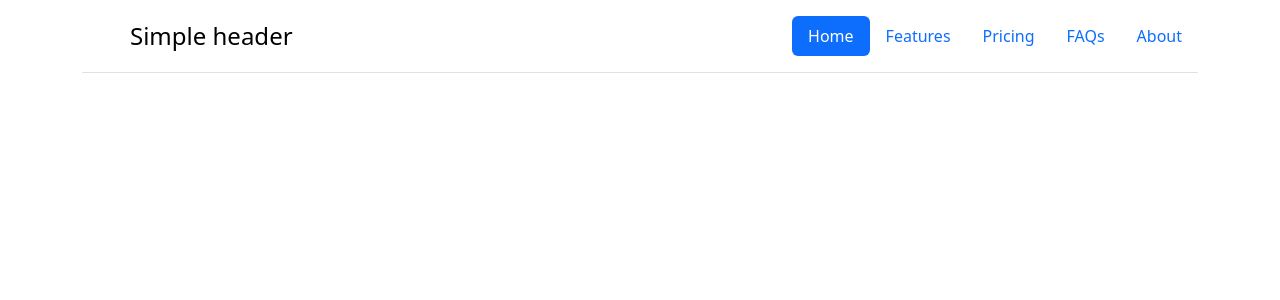
Repository: 2JISUN/hta-lecture-basic
Page: http://localhost/jsp04/index/index.jsp
These files come from the project's save history. The page is drawn as it stood at one moment and after the next save; the edit follows.
The browser window is 1280 px wide. The pictures show the whole page.
The page is served by Tomcat 10.

Above is the page before, as saved 2023-09-19 00:16:37.

After the next save:
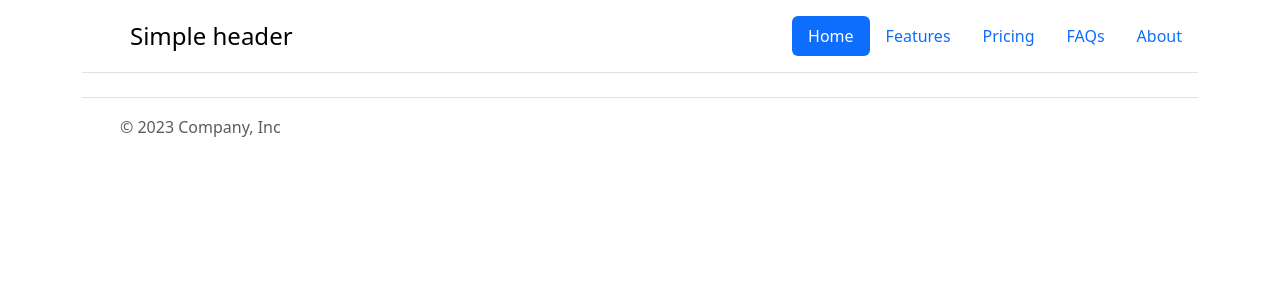
Saved 3 min 13 s later.
--- a/jsp-lecture/jsp04/src/main/webapp/index/index.jsp
+++ b/jsp-lecture/jsp04/src/main/webapp/index/index.jsp
@@ -29,5 +29,23 @@
       </ul>
     </header>
   </div>
+
+
+  <div class="container">
+  <footer class="d-flex flex-wrap justify-content-between align-items-center py-3 my-4 border-top">
+    <div class="col-md-4 d-flex align-items-center">
+      <a href="/" class="mb-3 me-2 mb-md-0 text-body-secondary text-decoration-none lh-1">
+        <svg class="bi" width="30" height="24"><use xlink:href="#bootstrap"></use></svg>
+      </a>
+      <span class="mb-3 mb-md-0 text-body-secondary">© 2023 Company, Inc</span>
+    </div>
+
+    <ul class="nav col-md-4 justify-content-end list-unstyled d-flex">
+      <li class="ms-3"><a class="text-body-secondary" href="#"><svg class="bi" width="24" height="24"><use xlink:href="#twitter"></use></svg></a></li>
+      <li class="ms-3"><a class="text-body-secondary" href="#"><svg class="bi" width="24" height="24"><use xlink:href="#instagram"></use></svg></a></li>
+      <li class="ms-3"><a class="text-body-secondary" href="#"><svg class="bi" width="24" height="24"><use xlink:href="#facebook"></use></svg></a></li>
+    </ul>
+  </footer>
+</div>
 </body>
 </html>
